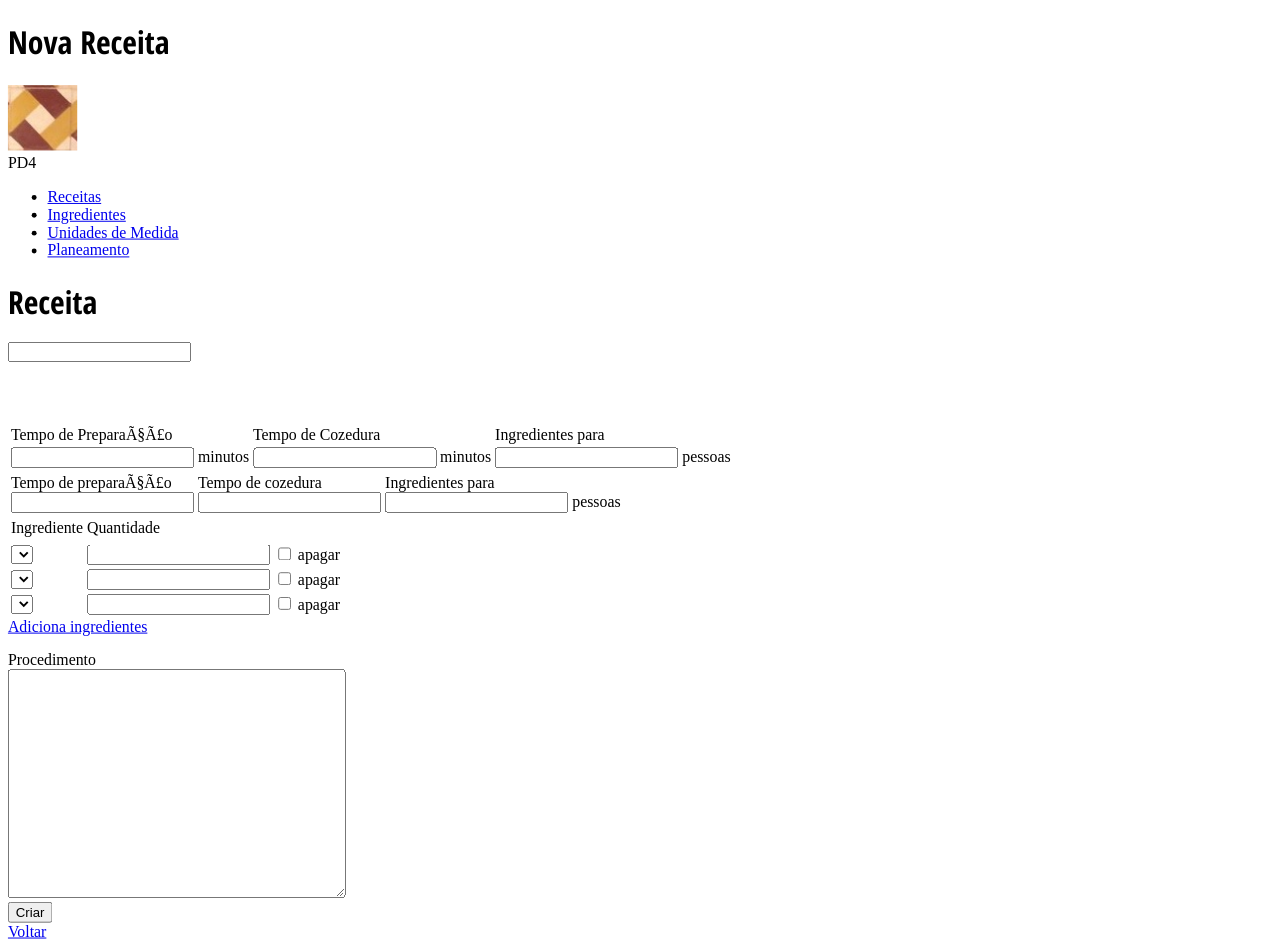
Repository: jsvalgonc/PD4
Page: tmp/capybara/capybara-20150607212749543673643.html
The author's editor kept a record of every edit. The page is drawn from the files as they stood at one moment, then again after the next edit.
The browser window is 1280 px wide. The pictures show the whole page, at 99% of full size.

Above is the page before.

### tmp/capybara/capybara-20150607212749543673643.html
<!DOCTYPE html>
<html>
<head>
  <title>Workspace</title>
  <link data-turbolinks-track="true" href="/assets/application.css" media="all" rel="stylesheet" />
  <script data-turbolinks-track="true" src="/assets/application.js"></script>

</head>
<body>

<h1>Nova Receita</h1>


<form accept-charset="UTF-8" action="/recipes" class="new_recipe" id="new_recipe" method="post"><div style="margin:0;padding:0;display:inline"><input name="utf8" type="hidden" value="&#x2713;" /></div>
  <div id="page">
  <div id="page2">
  <div id="header">
    <img alt="Logo" class="logo" src="/assets/logo.jpg" />
    <div id="header-title">PD4</div>
  </div>
  <ul id="nav">
    <li><a href="/recipes">Receitas</a></li>
    <li><a href="/recipes">Ingredientes</a></li>
    <li><a href="/recipes">Unidades de Medida</a></li>
    <li><a href="/recipes">Planeamento</a></li>
  </ul>
  <h1>
    <div id="h1-receita">Receita</div>
    <div id="h1-titulo" class="field">
    <input id="recipe_title" name="recipe[title]" type="text" /></div>
  </h1>
  <p></p>
  <br>
  <br>


  <div id="content">
    <div id="content-serves">
      <table id="table-serves">
        <tr>
          <td>
            Tempo de Preparação
          </td>
          <td>
            Tempo de Cozedura
          </td>
          <td>
            Ingredientes para
          </td>
        </tr>
        <tr>
          <td><input id="recipe_preparationTime" name="recipe[preparationTime]" type="text" /> minutos</td>
          <td><input id="recipe_cookingTime" name="recipe[cookingTime]" type="text" /> minutos</td>
          <td><input id="recipe_serves" name="recipe[serves]" type="text" /> pessoas</td>
        </tr>
      </table>
    </div>
</div>



  <table>
  <tr>
    <td>
  <div class="field">
    <label for="recipe_Tempo de Preparação">Tempo de preparação</label><br>
    <input id="recipe_preparationTime" name="recipe[preparationTime]" type="text" />
  </div>
    </td>
    <td>
   <div class="field">
    <label for="recipe_Tempo de Cozedura">Tempo de cozedura</label><br>
    <input id="recipe_cookingTime" name="recipe[cookingTime]" type="text" />
  </div>
    </td>
    <td>
   <div class="field">
    <label for="recipe_Ingredientes para ">Ingredientes para </label><br>
    <input id="recipe_serves" name="recipe[serves]" type="text" />
    pessoas
  </div>
    </td>
  </tr>
</table>
<table>
<tr><td>Ingrediente</td><td>Quantidade</td></tr><td> </td>

    <tr><td>
  <div class="field">
    <select id="recipe_recipe_ingredients_attributes_0_ingredient_id" name="recipe[recipe_ingredients_attributes][0][ingredient_id]"></select>
  </div>
</td>
<td>
  <input id="recipe_recipe_ingredients_attributes_0_amout" name="recipe[recipe_ingredients_attributes][0][amout]" type="text" />
</td>
<td>
<input name="recipe[recipe_ingredients_attributes][0][_destroy]" type="hidden" value="0" /><input id="recipe_recipe_ingredients_attributes_0__destroy" name="recipe[recipe_ingredients_attributes][0][_destroy]" type="checkbox" value="1" />
  apagar
</td>
</tr>





    <tr><td>
  <div class="field">
    <select id="recipe_recipe_ingredients_attributes_1_ingredient_id" name="recipe[recipe_ingredients_attributes][1][ingredient_id]"></select>
  </div>
</td>
<td>
  <input id="recipe_recipe_ingredients_attributes_1_amout" name="recipe[recipe_ingredients_attributes][1][amout]" type="text" />
</td>
<td>
<input name="recipe[recipe_ingredients_attributes][1][_destroy]" type="hidden" value="0" /><input id="recipe_recipe_ingredients_attributes_1__destroy" name="recipe[recipe_ingredients_attributes][1][_destroy]" type="checkbox" value="1" />
  apagar
</td>
</tr>





    <tr><td>
  <div class="field">
    <select id="recipe_recipe_ingredients_attributes_2_ingredient_id" name="recipe[recipe_ingredients_attributes][2][ingredient_id]"></select>
  </div>
</td>
<td>
  <input id="recipe_recipe_ingredients_attributes_2_amout" name="recipe[recipe_ingredients_attributes][2][amout]" type="text" />
</td>
<td>
<input name="recipe[recipe_ingredients_attributes][2][_destroy]" type="hidden" value="0" /><input id="recipe_recipe_ingredients_attributes_2__destroy" name="recipe[recipe_ingredients_attributes][2][_destroy]" type="checkbox" value="1" />
  apagar
</td>
</tr>




</table>

<div class="fields">
<a association="recipe_ingredients" fields="{&lt;tr&gt;&lt;td&gt;
  &lt;div class=&quot;field&quot;&gt;
    &lt;select id=&quot;recipe_recipe_ingredients_attributes_new_recipe_ingredients_ingredient_id&quot; name=&quot;recipe[recipe_ingredients_attributes][new_recipe_ingredients][ingredient_id]&quot;&gt;&lt;/select&gt;
  &lt;/div&gt;
&lt;/td&gt;
&lt;td&gt;
  &lt;input id=&quot;recipe_recipe_ingredients_attributes_new_recipe_ingredients_amout&quot; name=&quot;recipe[recipe_ingredients_attributes][new_recipe_ingredients][amout]&quot; type=&quot;text&quot; /&gt;
&lt;/td&gt;
&lt;td&gt;
&lt;input name=&quot;recipe[recipe_ingredients_attributes][new_recipe_ingredients][_destroy]&quot; type=&quot;hidden&quot; value=&quot;0&quot; /&gt;&lt;input id=&quot;recipe_recipe_ingredients_attributes_new_recipe_ingredients__destroy&quot; name=&quot;recipe[recipe_ingredients_attributes][new_recipe_ingredients][_destroy]&quot; type=&quot;checkbox&quot; value=&quot;1&quot; /&gt;
  apagar
&lt;/td&gt;
&lt;/tr&gt;



}" href="javascript:void();" id="add_fields2" link="this">Adiciona ingredientes</a></p>
</div>

<div class="field">
    <label for="recipe_Procedimento">Procedimento</label><br>
    <textarea cols="40" id="recipe_procedure" name="recipe[procedure]" rows="15">
</textarea>
  </div>
  <div class="actions">
    <input name="commit" type="submit" value="Criar" />
  </div>
  </div>
  </div>

</form>

<a href="/recipes">Voltar</a>


</body>
</html>

### app/assets/stylesheets/application.css
/*
 * This is a manifest file that'll be compiled into application.css, which will include all the files
 * listed below.
 *
 * Any CSS and SCSS file within this directory, lib/assets/stylesheets, vendor/assets/stylesheets,
 * or vendor/assets/stylesheets of plugins, if any, can be referenced here using a relative path.
 *
 * You're free to add application-wide styles to this file and they'll appear at the top of the
 * compiled file, but it's generally better to create a new file per style scope.
 *
 *= require_self
 *= require_tree .
 */
@import url('//fonts.googleapis.com/css?family=Open+Sans+Condensed:300,700,300');

h1 {
 font-family: 'Open Sans Condensed', cursive
}
h2 {
 font-family: 'Open Sans Condensed', sans-serif;
 font-size: 100pt;
}

Loaded but not shown: app/assets/javascripts/application.js (common file)

After the next edit:
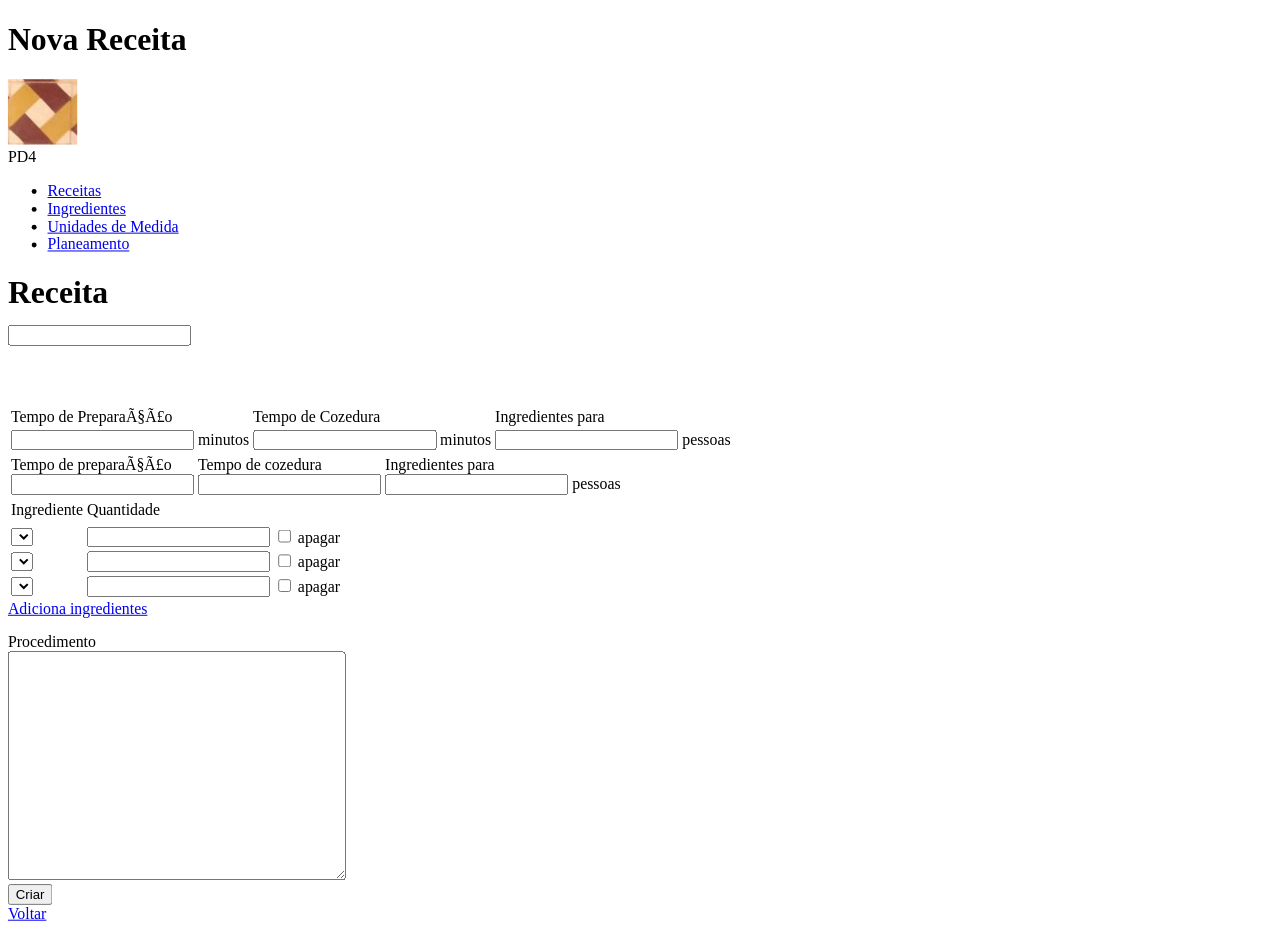
The edit:
--- a/app/assets/stylesheets/application.css
+++ b/app/assets/stylesheets/application.css
@@ -12,9 +12,10 @@
  *= require_tree .
  */
 @import url('//fonts.googleapis.com/css?family=Open+Sans+Condensed:300,700,300');
+@import url('//fonts.googleapis.com/css?family=Indie+Flower:300,700,300');
 
 h1 {
- font-family: 'Open Sans Condensed', cursive
+ font-family: 'Indie Flower', cursive
 }
 h2 {
  font-family: 'Open Sans Condensed', sans-serif;
